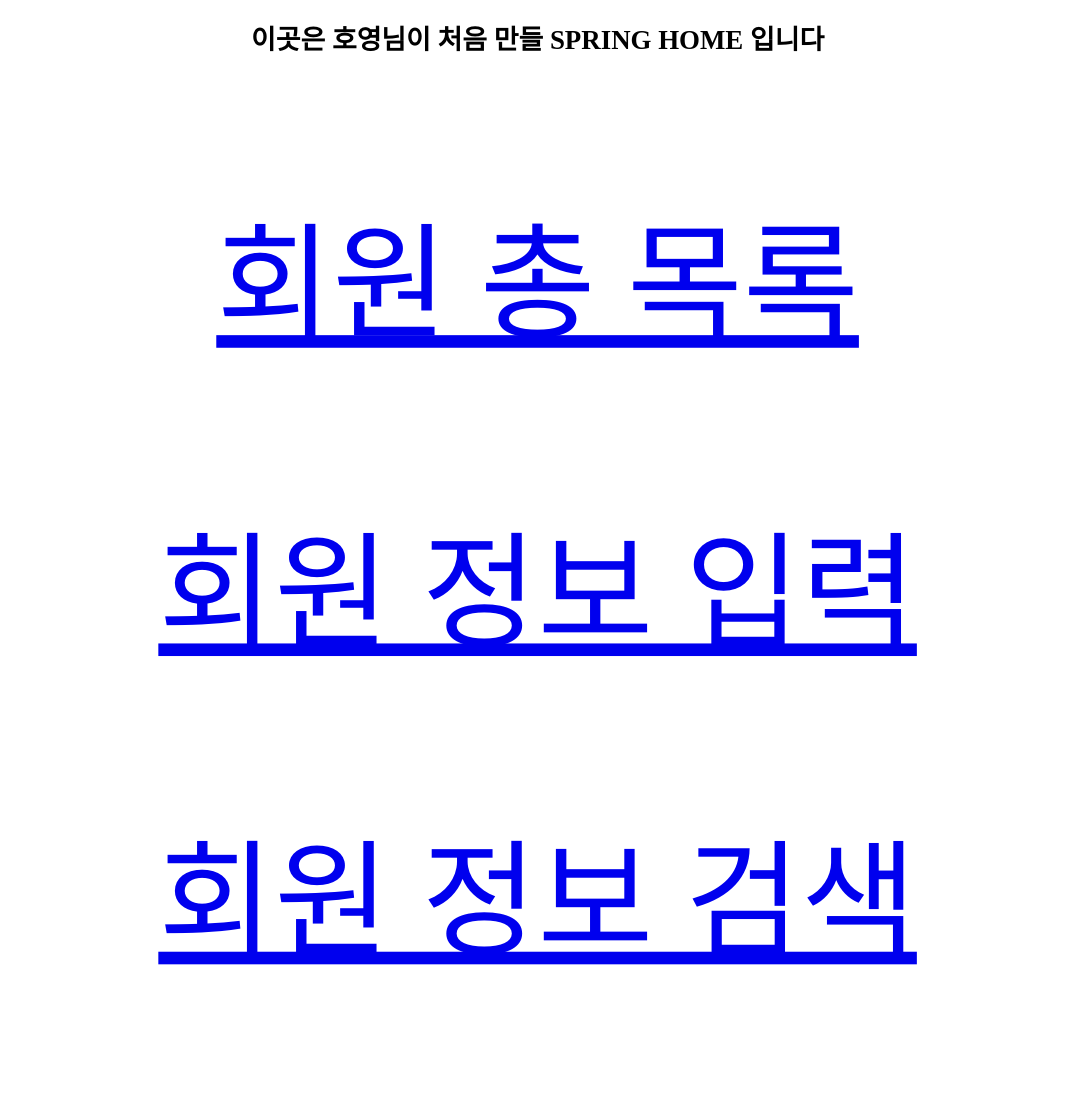
Repository: sopo9909/spring
Page: http://localhost/dev/WEB-INF/views/customer/main.jsp
These files come from the project's save history. The page is drawn as it stood at one moment and after the next save; the edit follows.
The browser window is 1280 px wide. The pictures show the whole page, at 84% of full size.
The page is served by Tomcat 9. Nobody is signed in. Other server files are loaded and not shown. The template is opened directly, without the code that normally fills it, so the values that code supplies are empty.

Above is the page before, as saved 2021-05-07 08:23:34.

### dev/src/main/webapp/WEB-INF/views/customer/main.jsp
<%@ page language="java" contentType="text/html; charset=EUC-KR"
    pageEncoding="EUC-KR"%>
<!DOCTYPE html>
<html>
<head>
<meta charset="EUC-KR">
<title>HOME</title>
</head>
<body>
<center><h1>이곳은 호영님이 처음 만들 SPRING HOME 입니다</h1></center>
<center><p style="font-size:150px;">
	   <a href="/list">회원 총 목록</a>
	   </p>
	   <p style="font-size:150px;">
	   <a href="/create">회원 정보 입력</a>
	   </p></center>
	   <center>
	   <p style="font-size:150px;">
	   <a href="/search">회원 정보 검색</a>
	   </p></center>
</body>
</html>

After the next save:
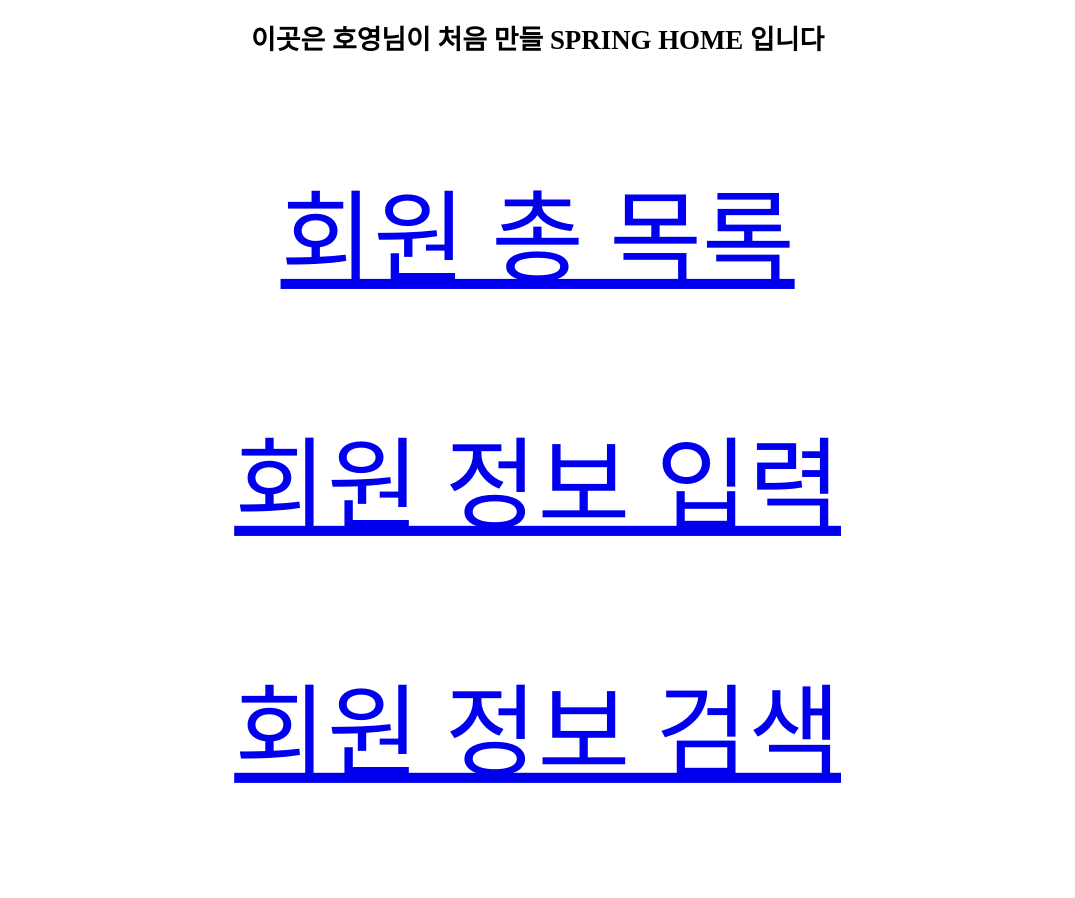
Saved 17 min 51 s later.
--- a/dev/src/main/webapp/WEB-INF/views/customer/main.jsp
+++ b/dev/src/main/webapp/WEB-INF/views/customer/main.jsp
@@ -8,14 +8,14 @@
 </head>
 <body>
 <center><h1>이곳은 호영님이 처음 만들 SPRING HOME 입니다</h1></center>
-<center><p style="font-size:150px;">
+<center><p style="font-size:120px;">
 	   <a href="/list">회원 총 목록</a>
 	   </p>
-	   <p style="font-size:150px;">
+	   <p style="font-size:120px;">
 	   <a href="/create">회원 정보 입력</a>
 	   </p></center>
 	   <center>
-	   <p style="font-size:150px;">
+	   <p style="font-size:120px;">
 	   <a href="/search">회원 정보 검색</a>
 	   </p></center>
 </body>
